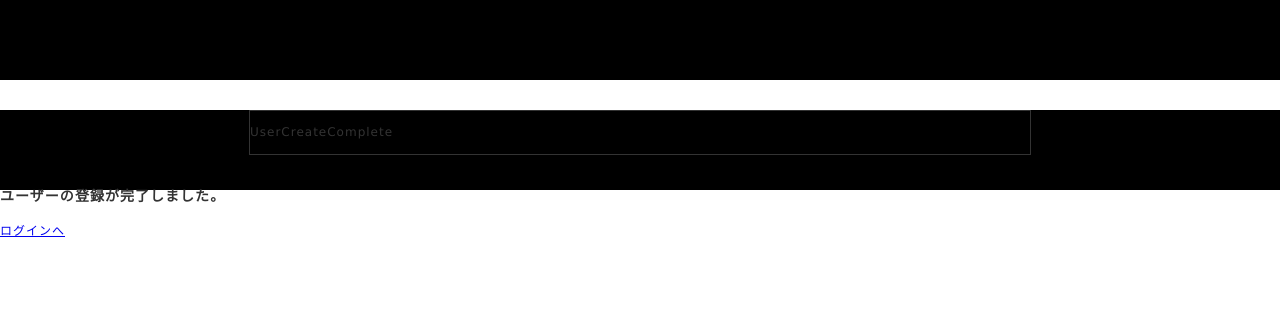
Repository: 8luemitsuho/test
Page: http://localhost/template/userCreateComplete.jsp
These files come from the project's save history. The page is drawn as it stood at one moment and after the next save; the edit follows.
The browser window is 1280 px wide. The pictures show the whole page.
The page is served by Tomcat 9.

Above is the page before, as saved 2019-08-18 08:21:00.

After the next save:
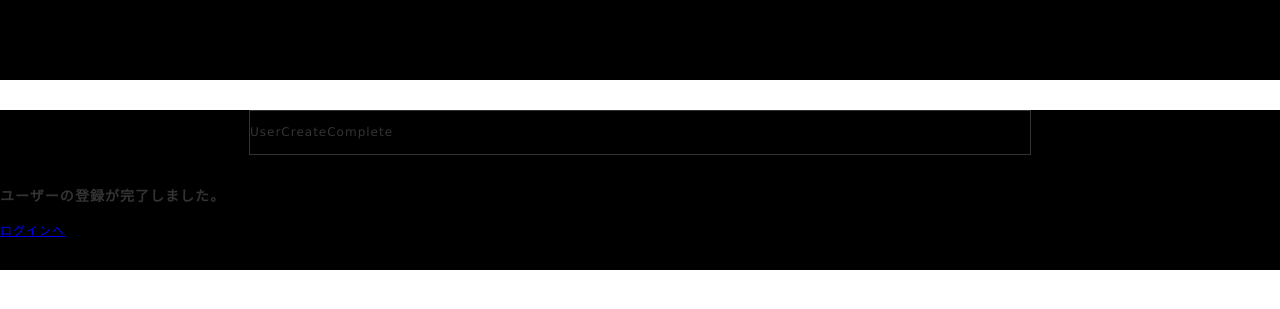
Saved 5 min 11 s later.
--- a/template/WebContent/userCreateComplete.jsp
+++ b/template/WebContent/userCreateComplete.jsp
@@ -4,9 +4,9 @@
 <!DOCTYPE html>
 <html>
 <head>
-	<meta http-equiv="Content-Type" content="text/html; charset=UTF-8">
-	<meta http-equiv="Content-Style-Type" content="text/css">
-	<meta http-equiv="Content-Script-Type" content="text/javascript">
+	<meta http-equiv="Content-Type" content="text/html; charset=UTF-8"/>
+	<meta http-equiv="Content-Style-Type" content="text/css"/>
+	<meta http-equiv="Content-Script-Type" content="text/javascript"/>
 	<meta http-equiv="imagetoolbar" content="no"/>
 	<meta name="description" content=""/>
 	<meta name="keywords" content=""/>
@@ -45,6 +45,12 @@
 		background-color: black;
 		clear: both;
 	}
+	#footer {
+		width: 100%;
+		height: 80px;
+		background-color: black;
+		clear: both;
+	}
 	</style>
 </head>
 <body>
